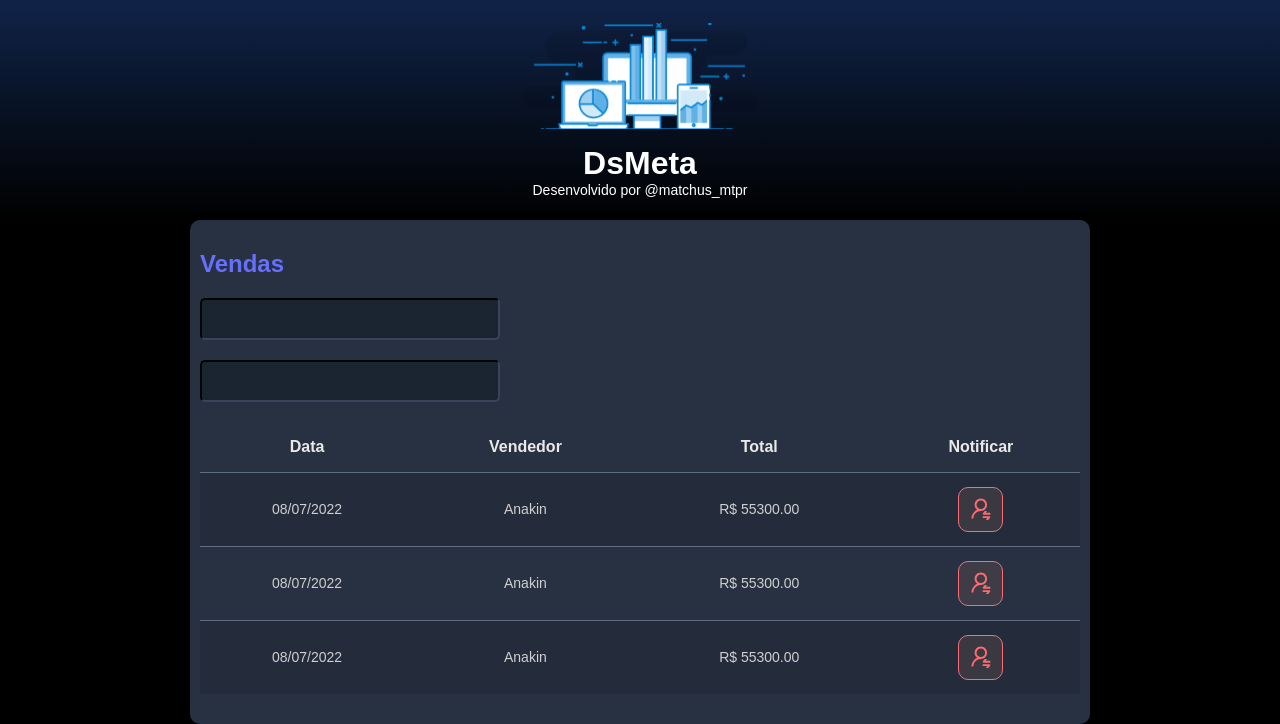
Repository: MatheusAlvesPereiraRosa/ds-meta
Page: index.html
These files come from the project's save history. The page is drawn as it stood at one moment and after the next save; the edit follows.
The browser window is 1280 px wide. The pictures show the whole page.

Above is the page before, as saved 2022-09-05 17:14:43.

### index.html
<!DOCTYPE html>
<html lang="en">
  <head>
    <meta charset="UTF-8" />
    <meta http-equiv="X-UA-Compatible" content="IE=edge" />
    <meta name="viewport" content="width=device-width, initial-scale=1.0" />
    <title>Document</title>

    <link rel="stylesheet" href="styles.css" />
  </head>

  <body>
    <header>
      <div class="dsmeta-logo-container">
        <img src="logo.svg" alt="Logo" />
        <h1>DsMeta</h1>
        <p>
          Desenvolvido por
          <a href="https://www.instagram.com/matchus_mtpr">@matchus_mtpr</a>
        </p>
      </div>
    </header>

    <main>
      <section id="sales">
        <div class="dsmeta-container">
          <div class="dsmeta-card">
            <h2 class="dsmeta-sales-title">Vendas</h2>
            <div>
              <div class="dsmeta-form-control-container">
                <input class="dsmeta-form-control" type="text" />
              </div>
              <div class="dsmeta-form-control-container">
                <input class="dsmeta-form-control" type="text" />
              </div>
            </div>

            <div>
              <table class="dsmeta-sales-table">
                <thead>
                  <tr>
                    <th class="show576">Data</th>
                    <th>Vendedor</th>
                    <th>Total</th>
                    <th>Notificar</th>
                  </tr>
                </thead>
                <tbody>
                  <tr>
                    <td class="show576">08/07/2022</td>
                    <td>Anakin</td>
                    <td>R$ 55300.00</td>
                    <td>
                      <div class="dsmeta-red-btn-container">
                        <div class="dsmeta-red-btn">
                          <img src="icone.svg" alt="Notificar" />
                        </div>
                      </div>
                      </tr>
                    </td>
                  </tr>

                  <tr>
                    <td class="show576">08/07/2022</td>
                    <td>Anakin</td>
                    <td>R$ 55300.00</td>
                    <td>
                      <div class="dsmeta-red-btn-container">
                        <div class="dsmeta-red-btn">
                          <img src="icone.svg" alt="Notificar" />
                        </div>
                      </div>
                      </tr>
                    </td>
                  </tr>
                  <tr>
                    <td class="show576">08/07/2022</td>
                    <td>Anakin</td>
                    <td>R$ 55300.00</td>
                    <td>
                      <div class="dsmeta-red-btn-container">
                        <div class="dsmeta-red-btn">
                          <img src="icone.svg" alt="Notificar" />
                        </div>
                      </div>
                      </tr>
                    </td>
                  </tr>
                </tbody>
              </table>
            </div>
          </div>
        </div>
      </section>
    </main>
  </body>
</html>

### styles.css
@import url('https://fonts.googleapis.com/css2?family=Roboto:wght@300&display=swap');

* {
    font-family: 'Rotobto', sans-serif;
    box-sizing: border-box;
    margin: 0;
    padding: 0;
}

header {
    background: linear-gradient(180deg, #102347 0%, transparent);
    height: 220px;
    display: flex;
    align-items: center;
    justify-content: center;
}

body, html {
    background-color: black;
    color: #fff;
}

a, a:hover, a:visited {
    color: unset;
    text-decoration: none;
}

.dsmeta-logo-container {
    display: flex;
    flex-direction: column;
    align-items: center;
}

.dsmeta-logo-container img{
    width: 235px;
}

.dsmeta-logo-container h1{
    margin-top: 15px;
}

.dsmeta-logo-container p{
    font-size: 14px;
    font-weight: 300;
}

.dsmeta-card {
    background-color: #283142;
    border-radius: 10px;
    padding: 30px 10px;
}

.dsmeta-container {
    width: 100%;
    max-width: 900px;
    margin: 0 auto;
}

#id {
    padding: 40px 10px;
}

.dsmeta-sales-title {
    color: #676FFF;
    font-size: 24px;
    margin-bottom: 20px;
}

.dsmeta-form-control {
    height: 36px;
    background-color: #1B2531;
    width: 100%;
    max-width: 300px;
    border-radius: 5px;
    border-color: #384459;
    color: #9AAABE;
    padding: 19px 20px;
    font-size: 18px;
}

.dsmeta-sales-table {
    width: 100%;
    border-spacing: 0;
    border-collapse: collapse;
}

.dsmeta-sales-table thead{
    height: 50px;
    font-size: 16px;
    color: #E9E9E9;
    font-weight: 600;
}

.dsmeta-sales-table tbody{
    font-weight: 400;
    font-size: 14px;
    color: #CFCFCF;
    text-align: center;
}

.dsmeta-sales-table tbody tr {
    height: 74px;
    border-top: 1px solid #5F6E82;
}

.dsmeta-sales-table tbody tr:nth-child(odd) {
    background-color: #242C3B;
}

.dsmeta-sales-table tbody tr:hover > td {
    background-color: #384459;
}

.dsmeta-red-btn-container {
    display: flex;
    justify-content: center;
}

.show576 {
    display: none;
}

@media (min-width: 576px) {
    .show576 {
        display: table-cell;
    }
}

.dsmeta-red-btn {
    height: 45px;
    width: 45px;
    background-color: rgba(255, 167, 114, 0.1);
    border: 1px solid #ff6b72;
    border-radius: 10px;
    display: flex;
    align-items: center;
    justify-content: center;
    cursor: pointer;
}

.dsmeta-form-control-container {
    margin-bottom: 20px;
}

After the next save:
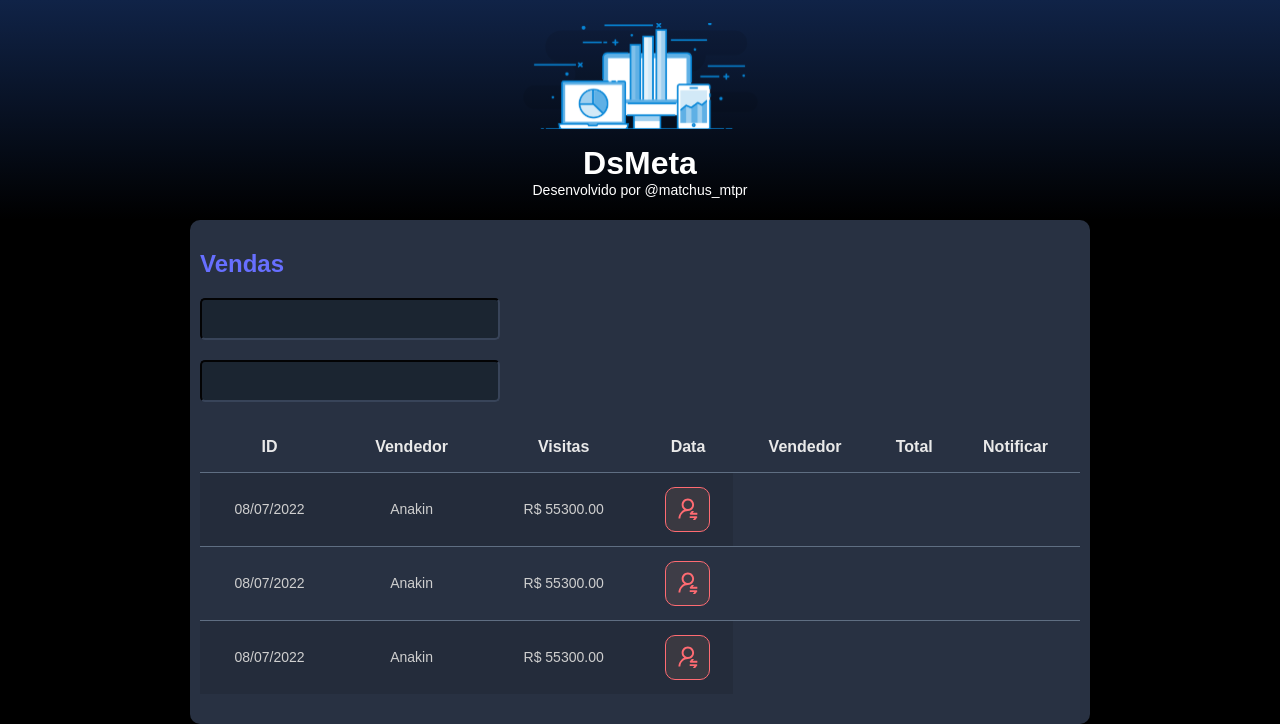
Saved 93 s later.
--- a/index.html
+++ b/index.html
@@ -39,6 +39,9 @@
               <table class="dsmeta-sales-table">
                 <thead>
                   <tr>
+                    <th class="show992">ID</th>
+                    <th class="show992">Vendedor</th>
+                    <th class="show992">Visitas</th>
                     <th class="show576">Data</th>
                     <th>Vendedor</th>
                     <th>Total</th>
